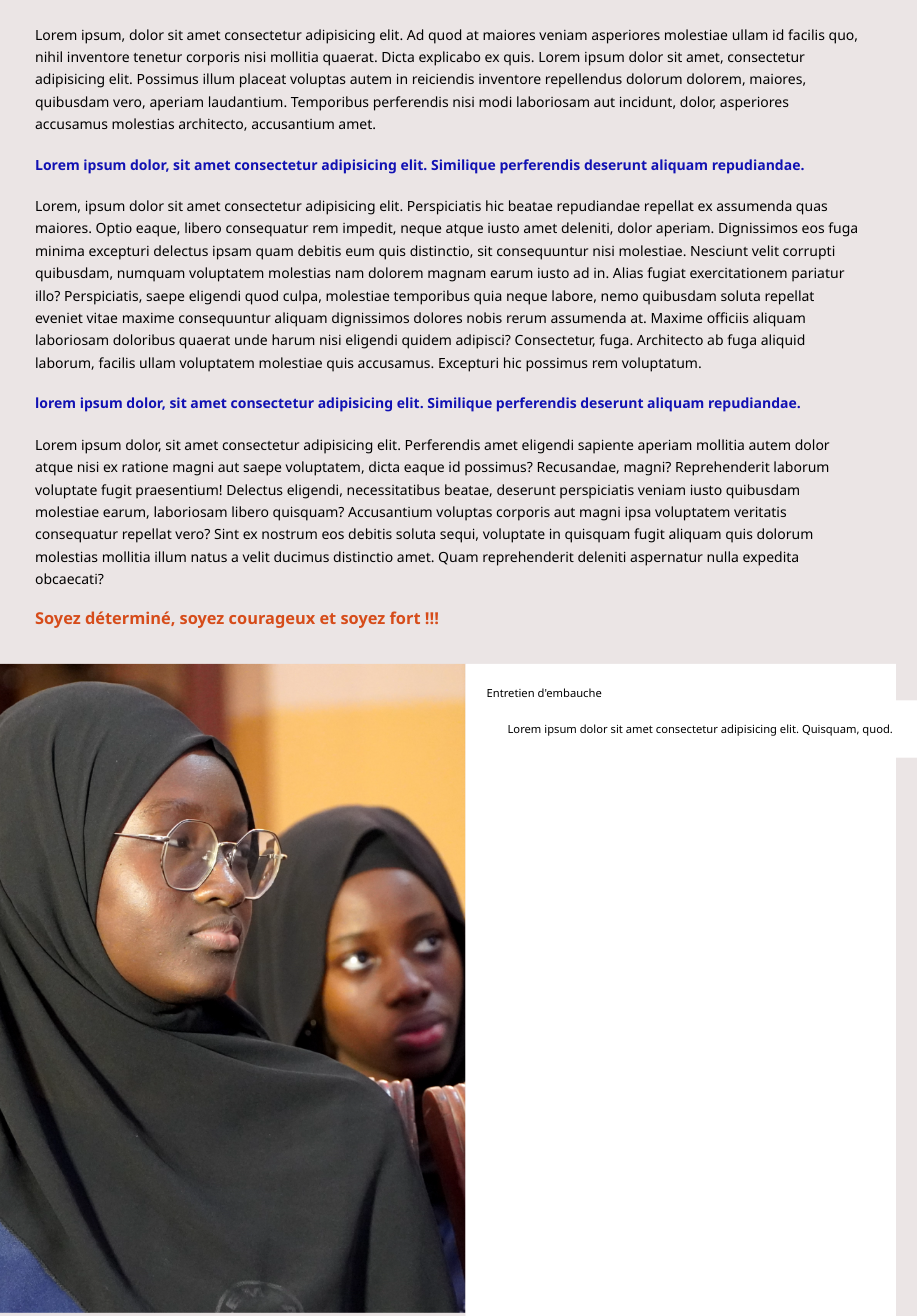
Repository: Ken-dia/newsletters_force_n
Page: index.html
The author's editor kept a copy of each file at every save. The page is drawn from the files as they stood at one save, then again after the next save.
The browser window is 1280 px wide. The page is 1310 px wide, then 1280 px, so the pictures cover 1310 px, including what lies to the right of the window. The pictures show the part of the page from y = 3349 to 5229 px (the page is 5229 px tall), at 70% of full size.

Above is the page before, as saved 2024-04-22 10:20:41.

After the next save:
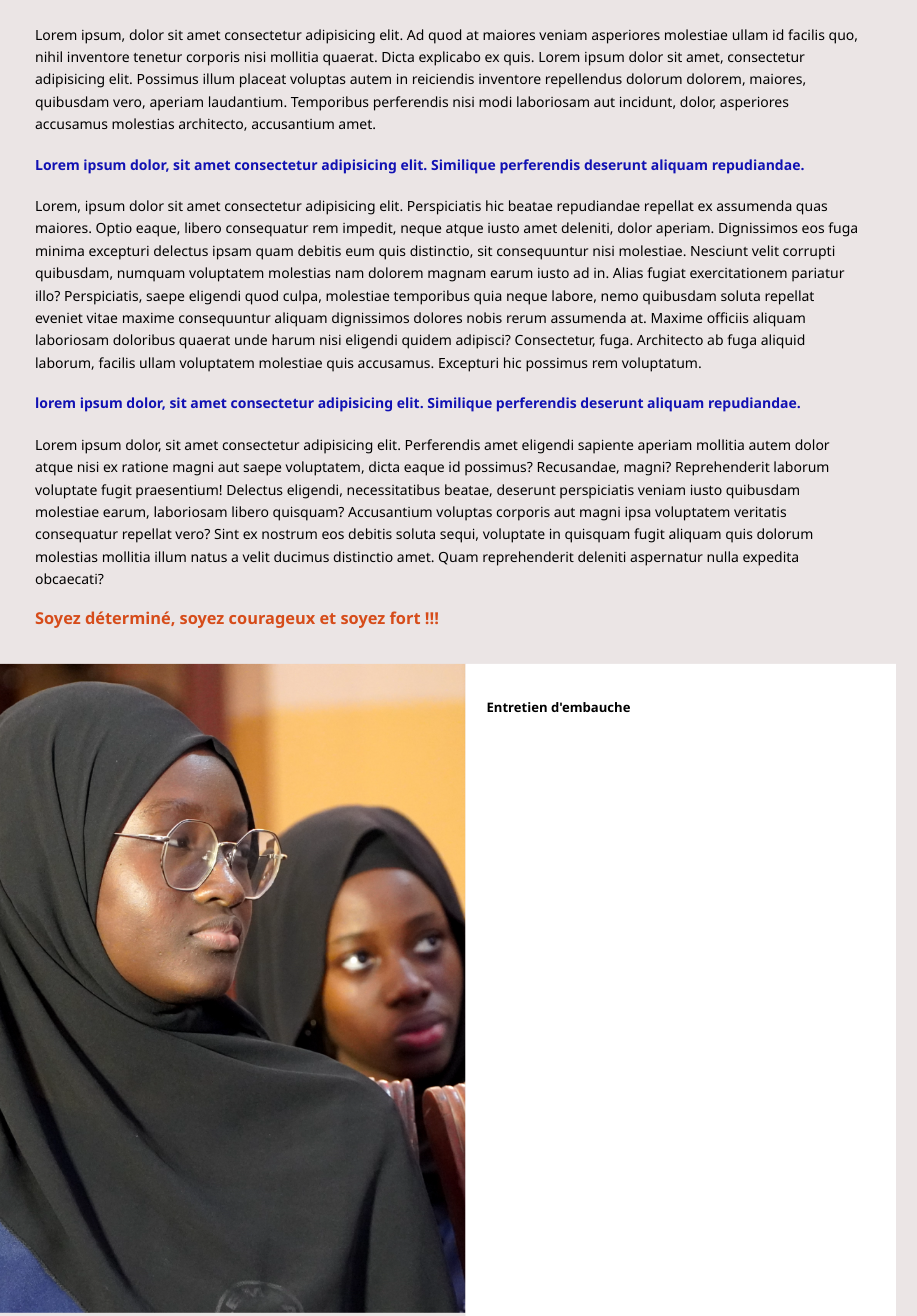
Saved 63 s later.
--- a/index.html
+++ b/index.html
@@ -153,12 +153,7 @@
                     <img src="/images/image4.png" alt="image4" width="665px" height="927px">
                 </div>
                 <div class="text">
-                    <div class="title">
-                        Entretien d'embauche
-                    </div>
-                    <div class="text">
-                        Lorem ipsum dolor sit amet consectetur adipisicing elit. Quisquam, quod.
-                    </div>
+                    <h3>Entretien d'embauche</h3>
                 </div>
             </div>
         </section>
